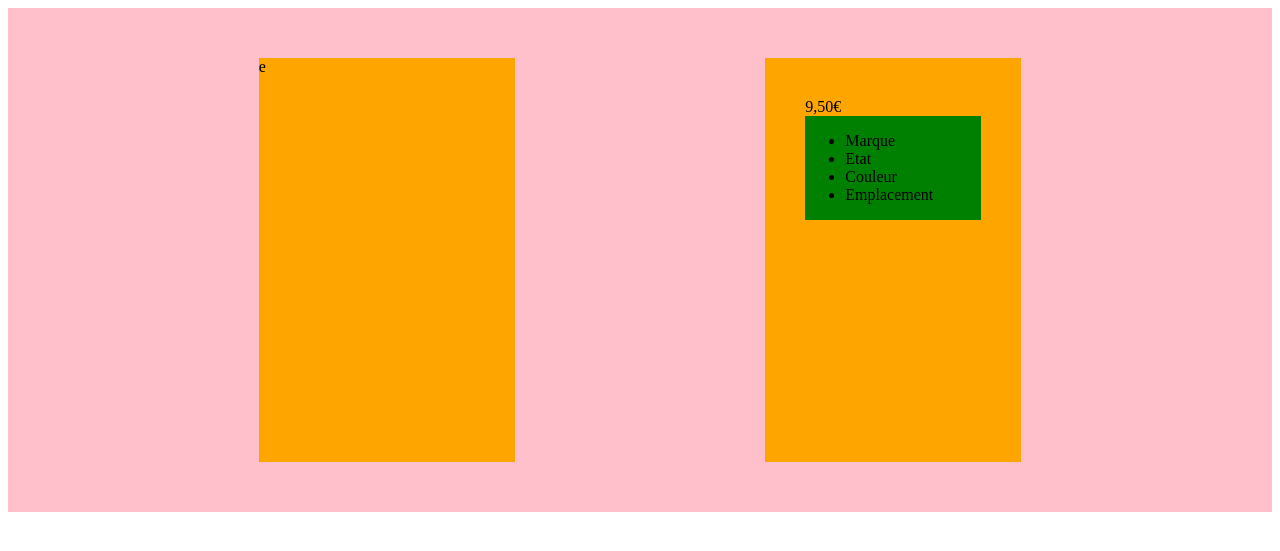
Repository: mel-in-a/vinted-front-clone
Page: html/offer.html
These files come from the project's save history. The page is drawn as it stood at one moment and after the next save; the edit follows.
The browser window is 1280 px wide. The pictures show the whole page.

Above is the page before, as saved 2021-07-29 16:27:12.

After the next save:
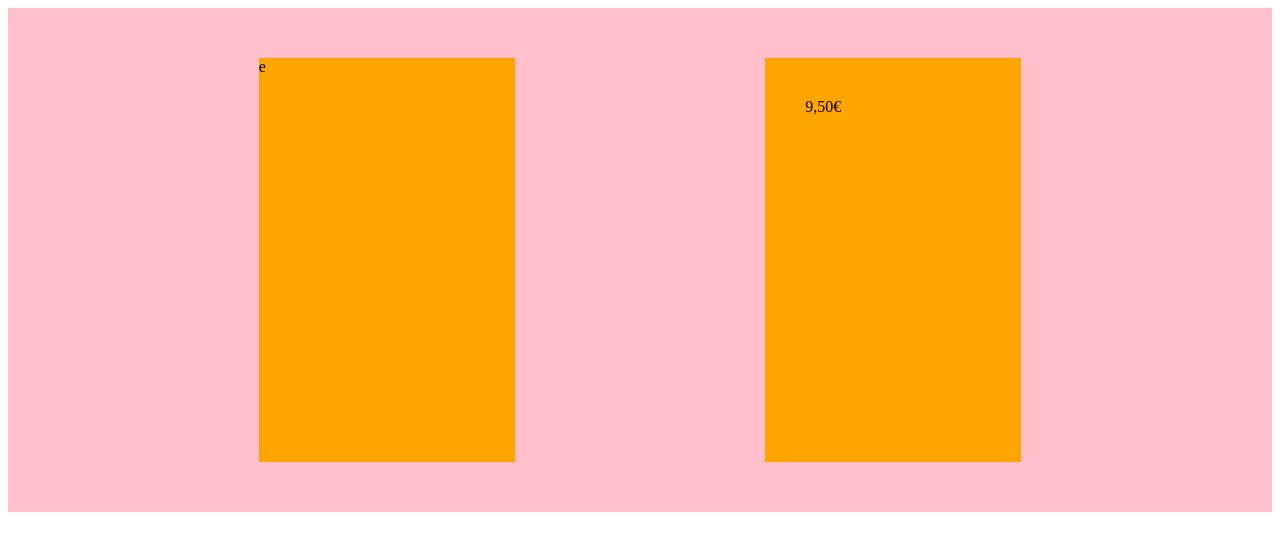
Saved 15 s later.
--- a/html/offer.html
+++ b/html/offer.html
@@ -14,15 +14,7 @@
             <div class="right">
                 <div class="price">9,50€</div>
                 <div class="horizontal">
-                    <div class="">
-                        <ul>
-                            <li>Marque</li>
-                            <li>Etat</li>
-                            <li>Couleur</li>
-                            <li>Emplacement</li>
-                        </ul>
-                    </div>
-                    <div class=""></div>
+
                 </div>
             </div>
           </div>
